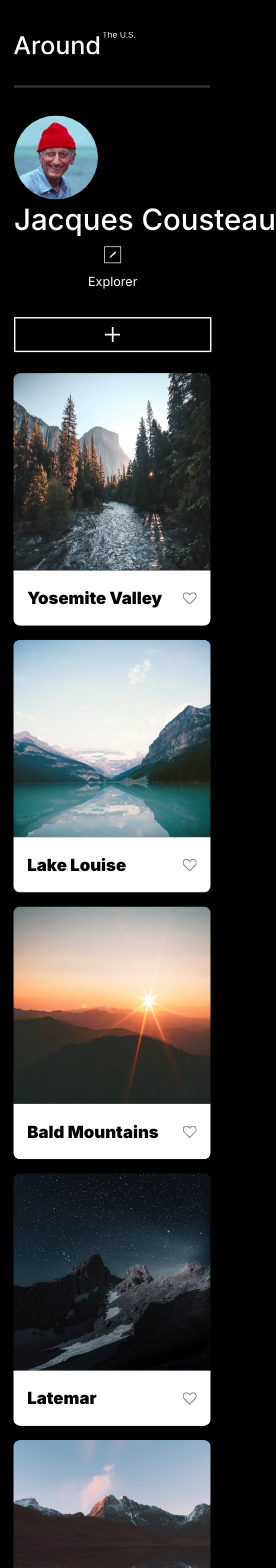
Repository: luisbaezx/se_project_aroundtheus
Page: index.html
An editor plug-in stored every save of this project. The page is shown before and after the next save, followed by the edit.
The browser window is 320 px wide. The page is 394 px wide, then 320 px, so the pictures cover 394 px, including what lies to the right of the window. The pictures show the part of the page from y = 0 to 2240 px (the page is 2920 px tall), at 70% of full size.

Above is the page before, as saved 2024-05-28 18:58:32.

After the next save:
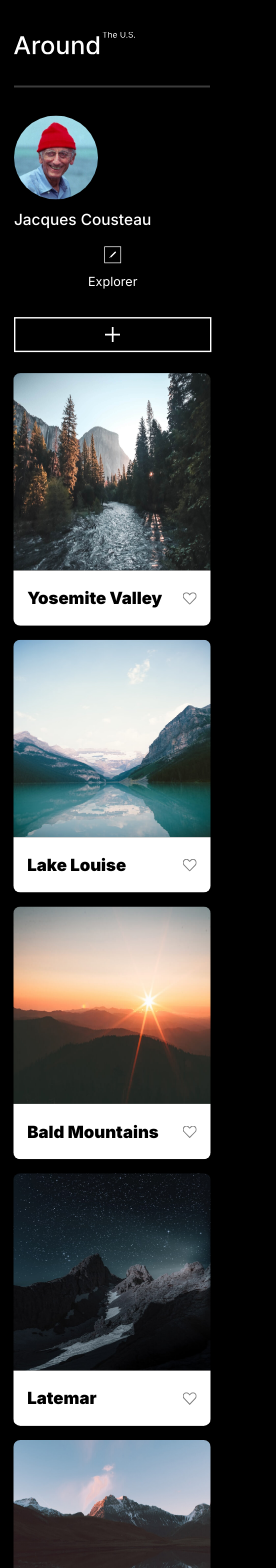
Saved 2 h 20 min later.
--- a/blocks/page.css
+++ b/blocks/page.css
@@ -259,10 +259,10 @@
     display: block;
   }
   .profile__title {
-    size: 22px;
-  }
-  .profile__add-button {
-    margin: 0;
-    width: 100%;
-  }
-}
+    font-size: 22px;
+  }
+  .profile__add-button {
+    margin: 0;
+    width: 100%;
+  }
+}
